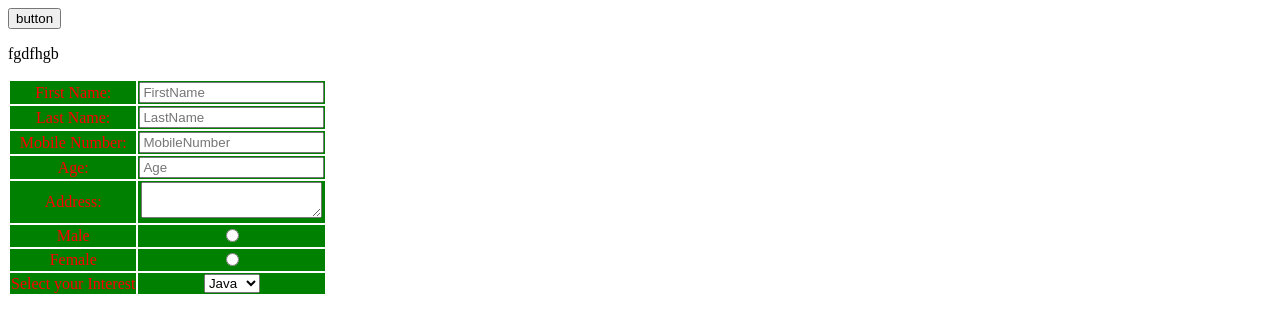
Repository: Ganesh281996/Ganesh
Page: BasicHtml/WebContent/Login.html
The author's editor kept a copy of each file at every save. The page is drawn from the files as they stood at one save, then again after the next save.
The browser window is 1280 px wide. The pictures show the whole page.

Above is the page before, as saved 2018-03-28 05:31:39.

### BasicHtml/WebContent/Login.html
<!DOCTYPE html>
<html>
<head>
<meta charset="UTF-8">
<title>Nothing to See</title>
<link rel="stylesheet" type="text/css" href="design.css">
<script src="/home/bridgeit/Ganesh/BasicHtml/Files/validate.js"></script>
</head>
<body>
<script type="text/javascript">
function validate(){
document.getElementByClassName("paragraph").innerHTML="nothing";
}
</script>
	<button type="button" onclick="validate()">button</button>
<p class="paragraph" >fgdfhgb</p>
	<form action="return validate()" >
		<table>
			<tr>
				<td>First Name:</td>
				<td><input id="FirstName" placeholder="FirstName"></td>
			</tr>
			<tr>
				<td>Last Name:</td>
				<td><input id="LastName" placeholder="LastName"></td>
			</tr>
			<tr>
				<td>Mobile Number:</td>
				<td><input id="Mobile" placeholder="MobileNumber"></td>
			</tr>
			<tr>
				<td>Age:</td>
				<td><input id="Age" placeholder="Age"></td>
			</tr>
			<tr>
				<td>Address:</td>
				<td><textarea id="Address" placeholder="Address">  </textarea></td>
			</tr>
			<tr>
				<td>Male</td>
				<td><input type="radio" name="Gender" value="Male"></td>
			</tr>
			<tr>
				<td>Female</td>
				<td><input type="radio" name="Gender" value="Female"></td>
			</tr>
			<tr>
				<td>Select your Interest</td>
				<td><select>
						<option value="Java">Java</option>
						<option value=".Net">.Net</option>
						<option value="C++">C++</option>
						<option value="Mean">Mean</option>
				</select></td>
			</tr>
		</table>
	</form>
</body>
</html>

### BasicHtml/WebContent/design.css
@CHARSET "UTF-8";
tr {
	background-color: green;
}
table
{
border: 20px;
align: right;
}
td {
	text-align: center;
	color: red;
}

### BasicHtml/WebContent/validate.js
/**
 *
 */
var validate=function()
{
	var firstName=document.getElementById("FirstName");
	var lastName=document.getElementById("LastName");
	var mobile=document.getElementById("MobileNumber");
	var age=document.getElementById("Age");
	var address=document.getElementById("Address");
	document.getElementByClass("paragraph").innerHTML="nothing";
}

After the next save:
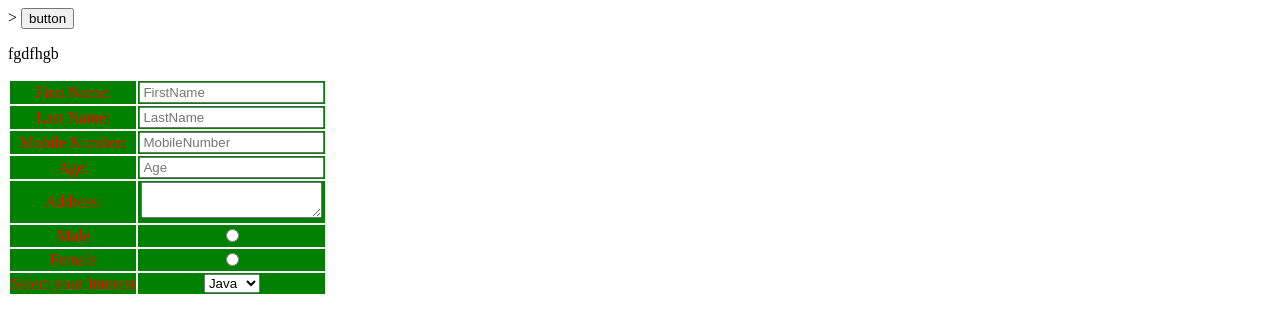
Saved 117 s later.
--- a/BasicHtml/WebContent/Login.html
+++ b/BasicHtml/WebContent/Login.html
@@ -4,7 +4,7 @@
 <meta charset="UTF-8">
 <title>Nothing to See</title>
 <link rel="stylesheet" type="text/css" href="design.css">
-<script src="/home/bridgeit/Ganesh/BasicHtml/Files/validate.js"></script>
+<!-- <script src="/home/bridgeit/Ganesh/BasicHtml/Files/validate.js"></script> -->>
 </head>
 <body>
 <script type="text/javascript">

After the 3 saves that followed:
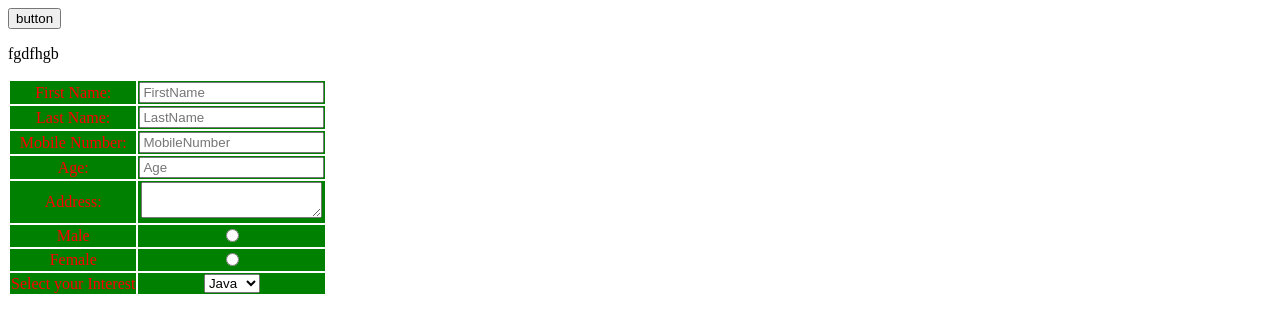
The 3 saves are shown as one change because 2 left the picture as it was.
The last was saved 63 s later.
--- a/BasicHtml/WebContent/Login.html
+++ b/BasicHtml/WebContent/Login.html
@@ -4,7 +4,7 @@
 <meta charset="UTF-8">
 <title>Nothing to See</title>
 <link rel="stylesheet" type="text/css" href="design.css">
-<!-- <script src="/home/bridgeit/Ganesh/BasicHtml/Files/validate.js"></script> -->>
+<!-- <script src="/home/bridgeit/Ganesh/BasicHtml/Files/validate.js"></script> -->
 </head>
 <body>
 <script type="text/javascript">
